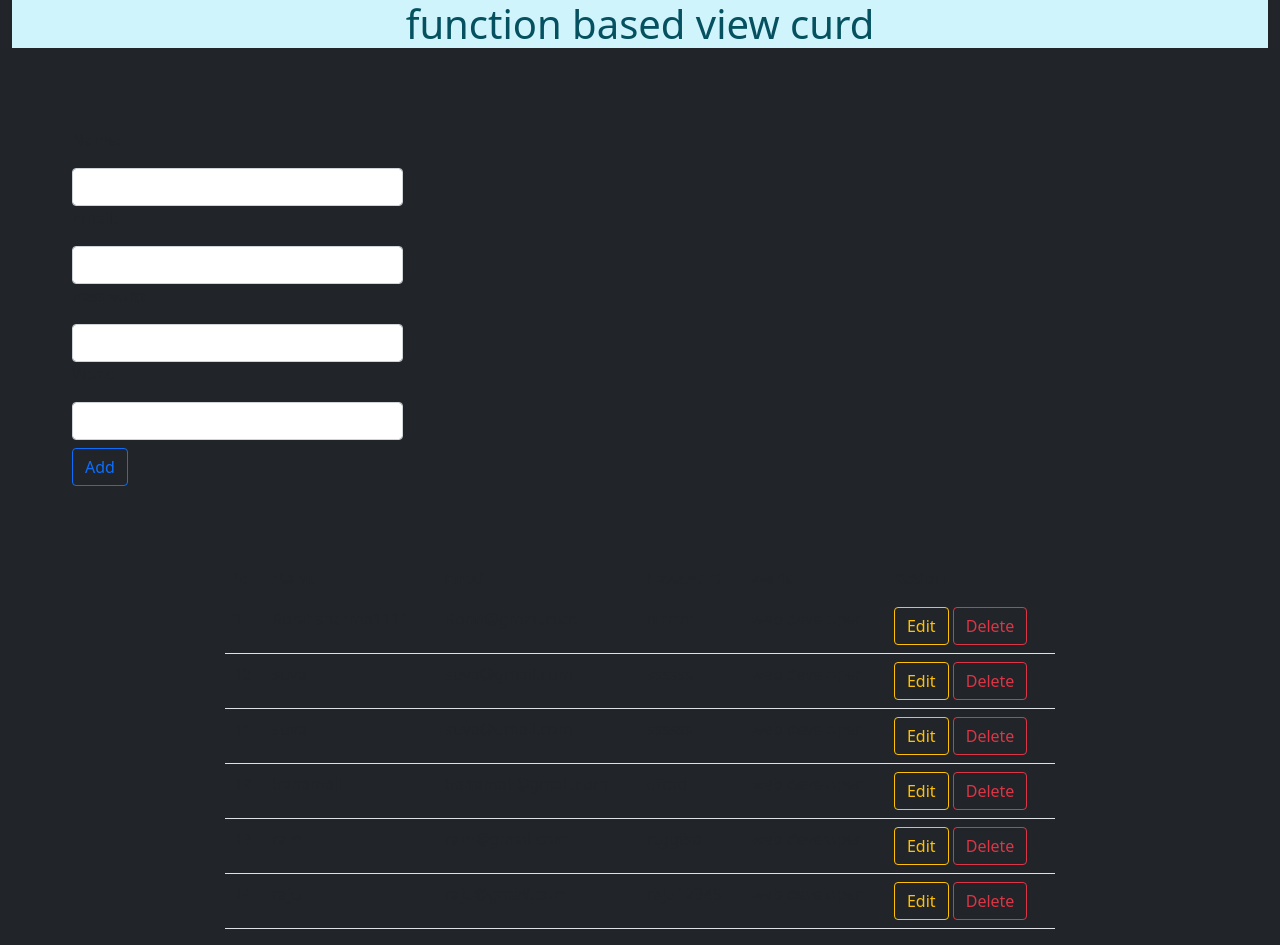
Repository: subhaDTECH/curd-function-based
Page: http://localhost/addshow/
An editor plug-in stored every save of this project. The page is shown before and after the next save, followed by the edit.
The browser window is 1280 px wide. The pictures show the whole page.
The page is served by the project's application, run on Django 3.2 (manage.py). The page reads the database file committed with the project.

Above is the page before, as saved 2022-01-17 17:32:23.

After the next save:
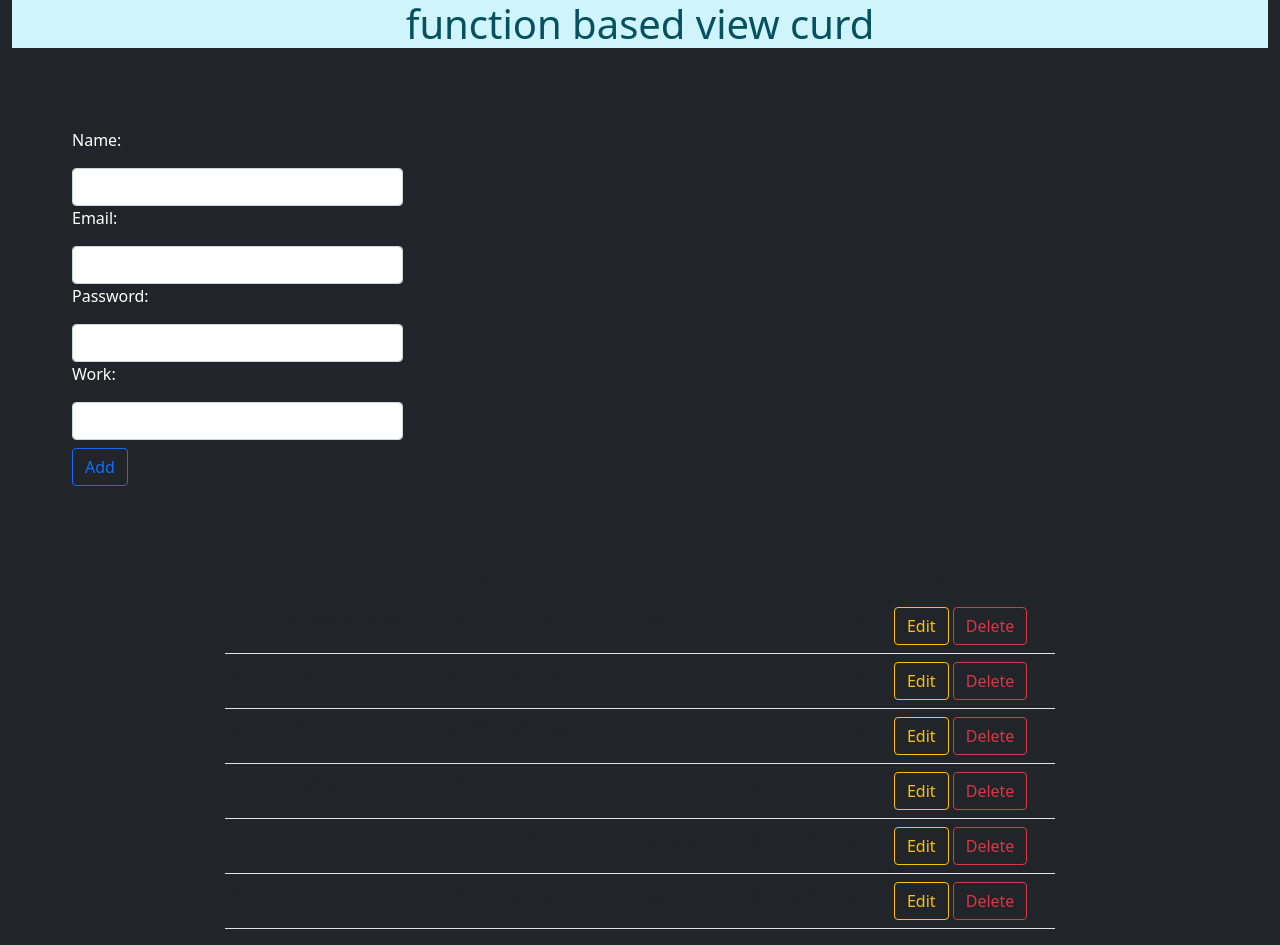
Saved 16 s later.
--- a/student/templates/student/addshow.html
+++ b/student/templates/student/addshow.html
@@ -8,7 +8,7 @@
     <link href="https://cdn.jsdelivr.net/npm/bootstrap@5.0.0/dist/css/bootstrap.min.css" rel="stylesheet" integrity="sha384-wEmeIV1mKuiNpC+IOBjI7aAzPcEZeedi5yW5f2yOq55WWLwNGmvvx4Um1vskeMj0" crossorigin="anonymous">
 </head>
 <body>
-   <div class="container-fluid bg-dark">
+   <div class="container-fluid bg-dark text-white">
       <h1 class=" text-center atert alert-info">function based view curd </h1>
       <div class="row">
             <div class="col-md-4 m-4 ml-4 p-5">
